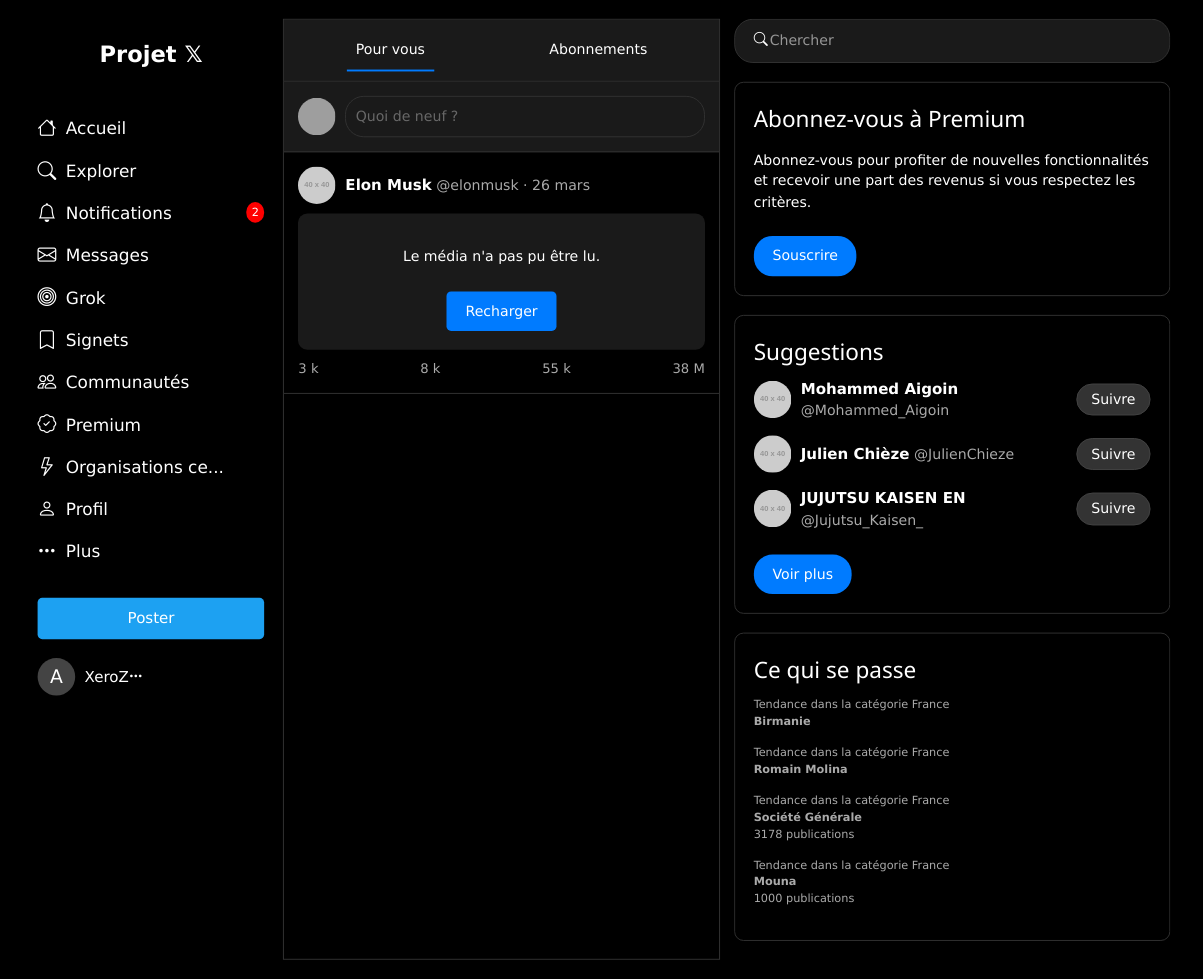
Repository: barriefl/ProjetX_BARRIER_MAULINE_MARQUES-FELIX_SERVONNET
Page: front/index.html
These files come from the project's save history. The page is drawn as it stood at one moment and after the next save; the edit follows.
The browser window is 1280 px wide. The pictures show the whole page, at 94% of full size.
Pictures or frames that could not be fetched are drawn as grey boxes.

Above is the page before, as saved 2025-03-28 09:30:03.

After the next save:
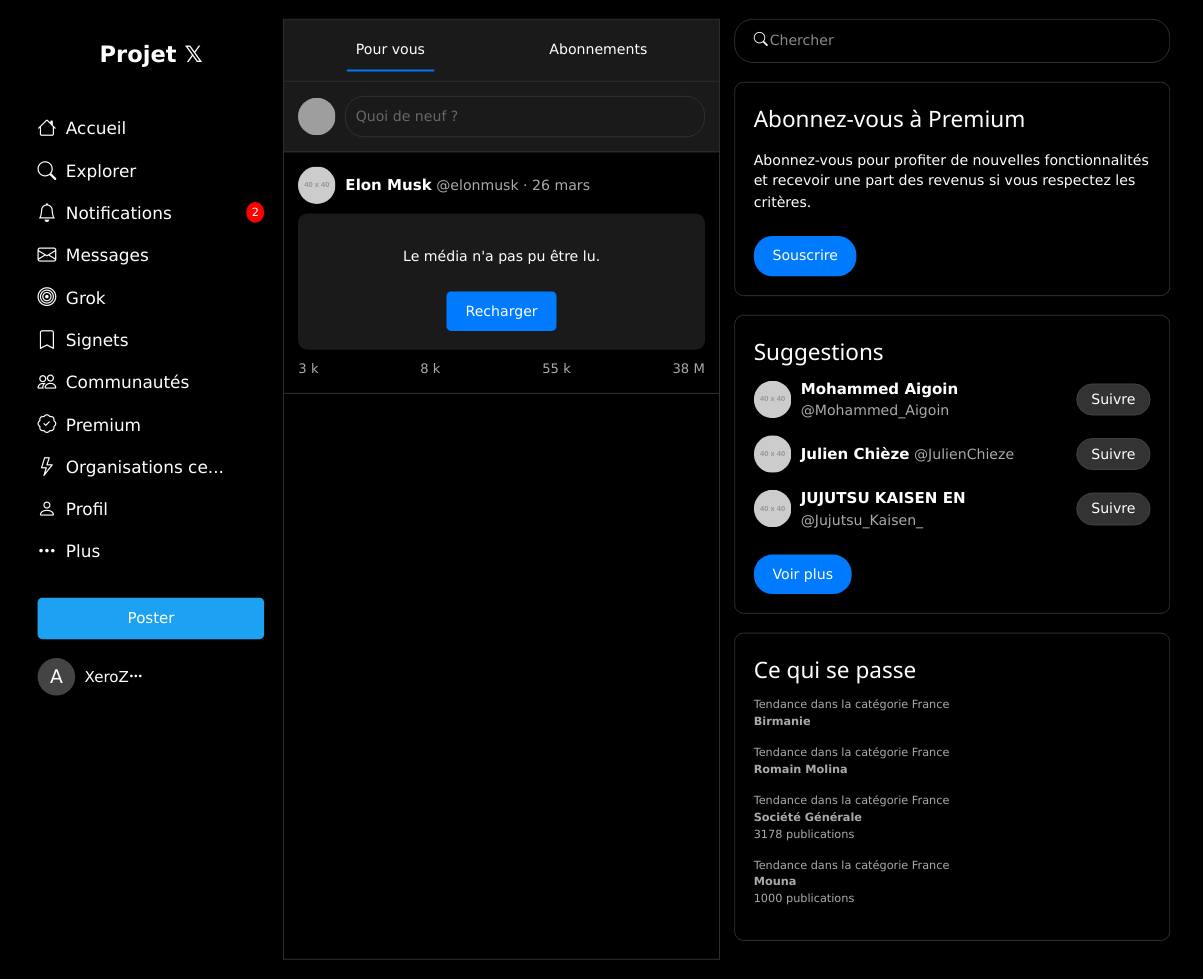
Saved 11 s later.
--- a/front/style.css
+++ b/front/style.css
@@ -210,7 +210,6 @@
      display: flex;
      padding: 10px 20px;
      margin-bottom: 20px;
-     background-color: #1a1a1a;
      border-radius: 20px;
      border: 1px solid #333;
  }
